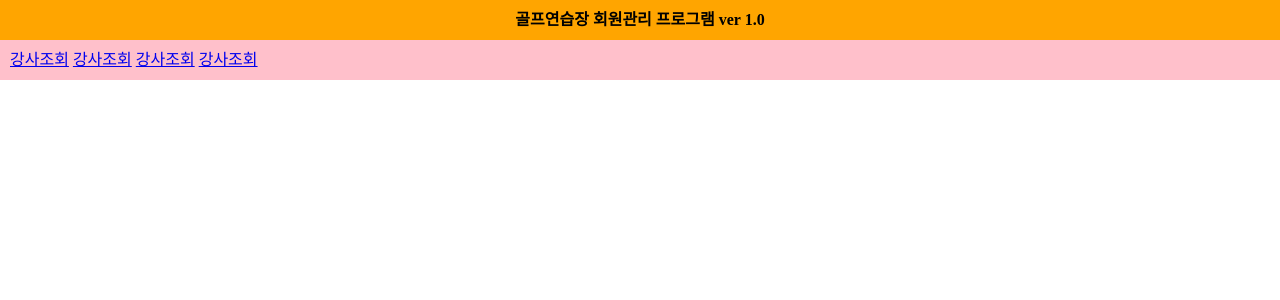
Repository: wjdwlgns1101/school_hrd
Page: http://localhost/hrd_30111_1_/
The author's editor kept a copy of each file at every save. The page is drawn from the files as they stood at one save, then again after the next save.
The browser window is 1280 px wide. The pictures show the whole page.
The page is served by Tomcat 9.

Above is the page before, as saved 2024-05-06 13:46:16.

### hrd_30111_(1)/hrd_30111(1)/src/main/webapp/index.jsp
<%@ page language="java" contentType="text/html; charset=UTF-8"
    pageEncoding="UTF-8"%>
<!DOCTYPE html>
<html>
<head>
<meta charset="UTF-8">
<title>Insert title here</title>
</head>
<body>
<jsp:include page="header.jsp"></jsp:include>
<section style="background-color: lightgray">



</section>


<jsp:include page="footer.jsp"></jsp:include>
</body>
</html>

### hrd_30111_(1)/hrd_30111(1)/src/main/webapp/header.jsp
<%@ page language="java" contentType="text/html; charset=UTF-8"
    pageEncoding="UTF-8"%>
<!DOCTYPE html>
<html>
<head>
<meta charset="UTF-8">
<title>Insert title here</title>
</head>
<body>
<header style="position: fixed; background-color: orange; width: 100%; height: 40px; padding: 0; left: 0; top: 0; text-align: center; line-height: 40px;'">
	<b>골프연습장 회원관리 프로그램 ver 1.0</b>

<nav style="background-color: pink; text-align: left; padding-left: 10px;" >

	<a href="#">강사조회</a>
	<a href="#">강사조회</a>
	<a href="#">강사조회</a>
	<a href="#">강사조회</a>

</nav>

</header>


</body>
</html>

Loaded but not shown: hrd_30111_(1)/hrd_30111(1)/src/main/webapp/footer.jsp (common file)

After the next save:
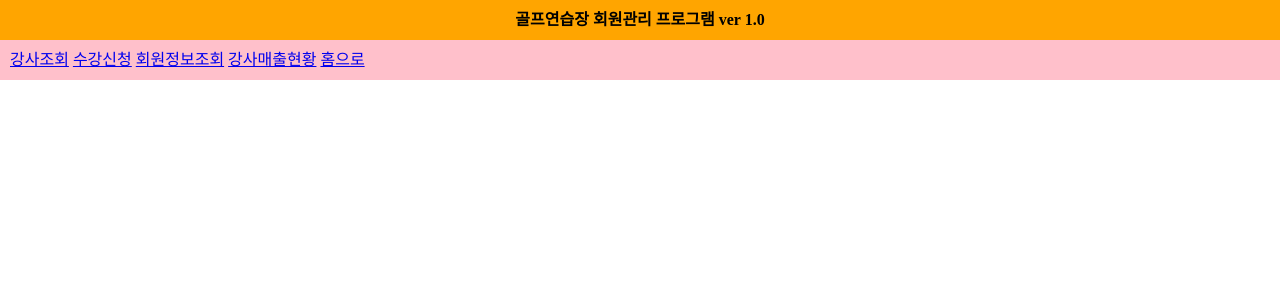
Saved 50 s later.
--- a/hrd_30111_(1)/hrd_30111(1)/src/main/webapp/header.jsp
+++ b/hrd_30111_(1)/hrd_30111(1)/src/main/webapp/header.jsp
@@ -13,9 +13,10 @@
 <nav style="background-color: pink; text-align: left; padding-left: 10px;" >
 
 	<a href="#">강사조회</a>
-	<a href="#">강사조회</a>
-	<a href="#">강사조회</a>
-	<a href="#">강사조회</a>
+	<a href="#">수강신청</a>
+	<a href="#">회원정보조회</a>
+	<a href="#">강사매출현황</a>
+	<a href="index.jsp">홈으로</a>
 
 </nav>
 
